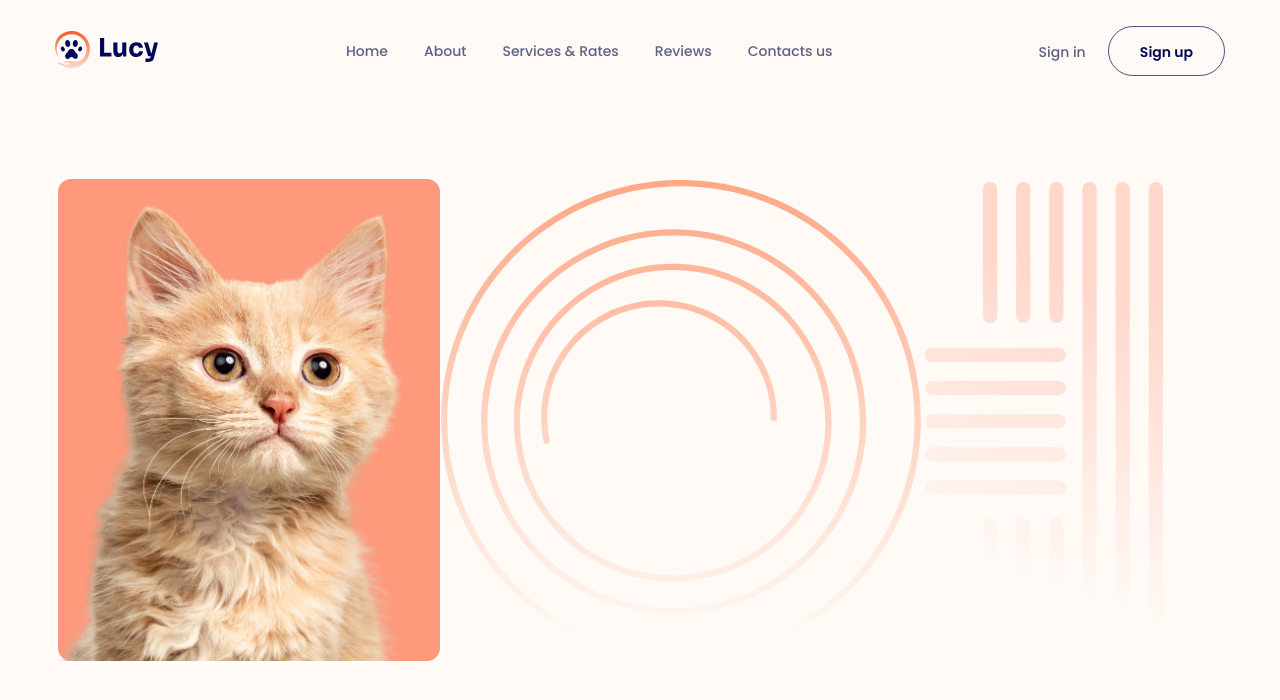
Repository: empty24062002/f8-project-05
Page: index.html
The author's editor kept a copy of each file at every save. The page is drawn from the files as they stood at one save, then again after the next save.
The browser window is 1280 px wide. The pictures show the whole page.

Above is the page before, as saved 2023-09-09 17:23:26.

After the next save:
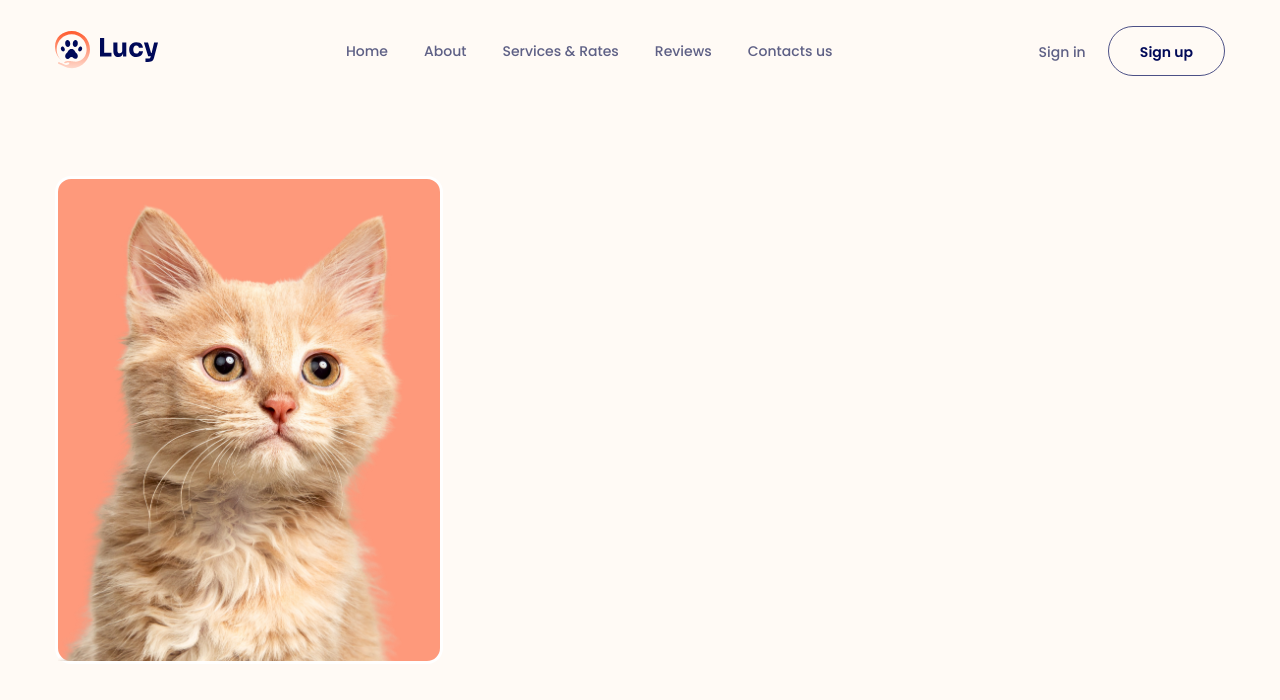
Saved 10 s later.
--- a/index.html
+++ b/index.html
@@ -152,7 +152,7 @@
                             />
 
                             <!-- Decorators -->
-                            <img
+                            <!-- <img
                                 src="./assets/img/decor__01.svg"
                                 alt=""
                                 class="hero__decor"
@@ -161,7 +161,7 @@
                                 src="./assets/img/decor__02.svg"
                                 alt=""
                                 class="hero__decor"
-                            />
+                            /> -->
                         </div>
                     </div>
                     <!-- hero content -->
